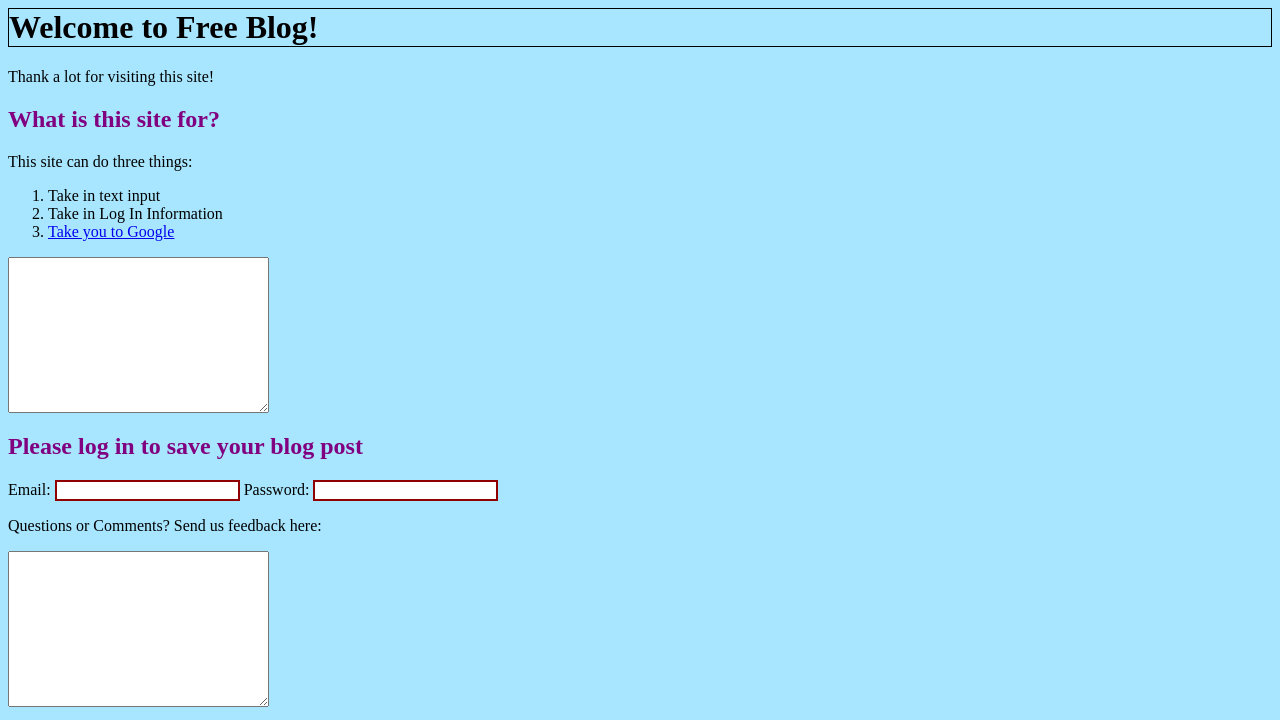
Repository: MonwarAdeeb/Bista_Solutions
Page: HTML & CSS/CSS/Level One/05. Assessment.html
An editor plug-in stored every save of this project. The page is shown before and after the next save, followed by the edit.
The browser window is 1280 px wide. The pictures show the whole page.

Above is the page before, as saved 2021-05-19 21:45:26.

After the next save:
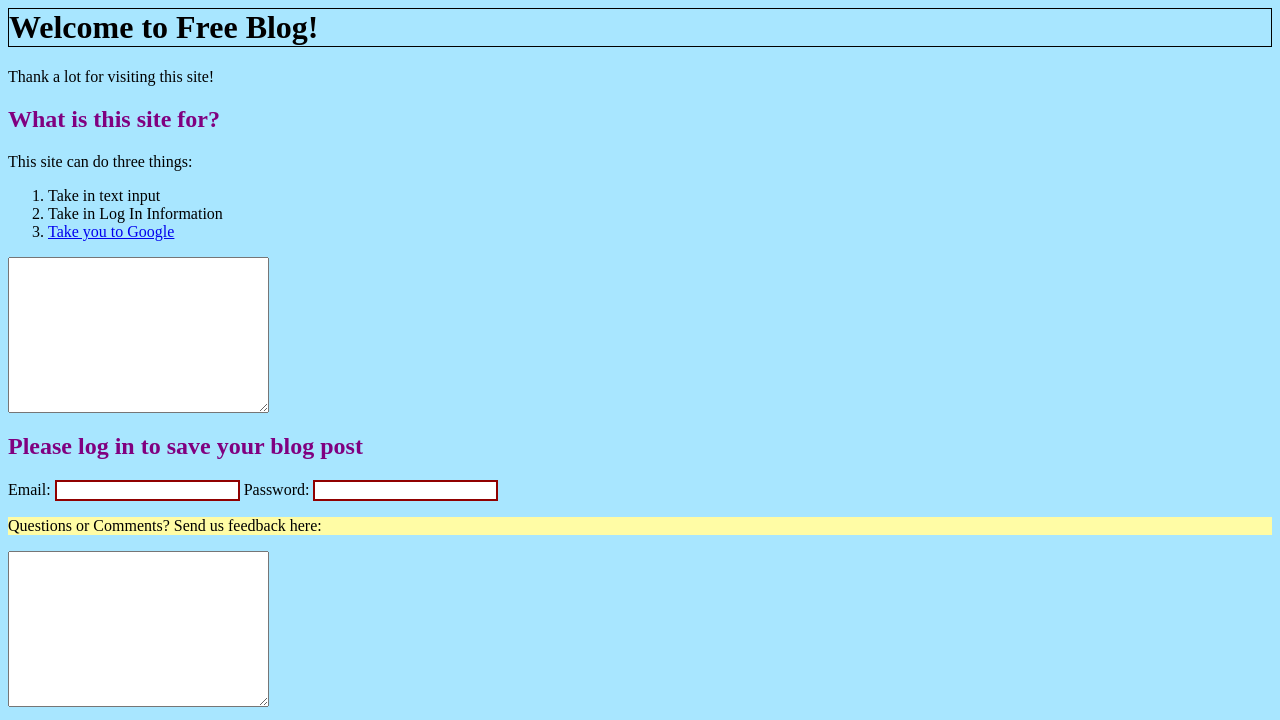
Saved 4 s later.
--- a/HTML & CSS/CSS/Level One/05. Assessment.css
+++ b/HTML & CSS/CSS/Level One/05. Assessment.css
@@ -14,6 +14,6 @@ input {
   border: 2px solid rgb(144, 0, 0);
 }
 
-div p{
-    background: ;
+div p {
+  background: #fffca5;
 }
